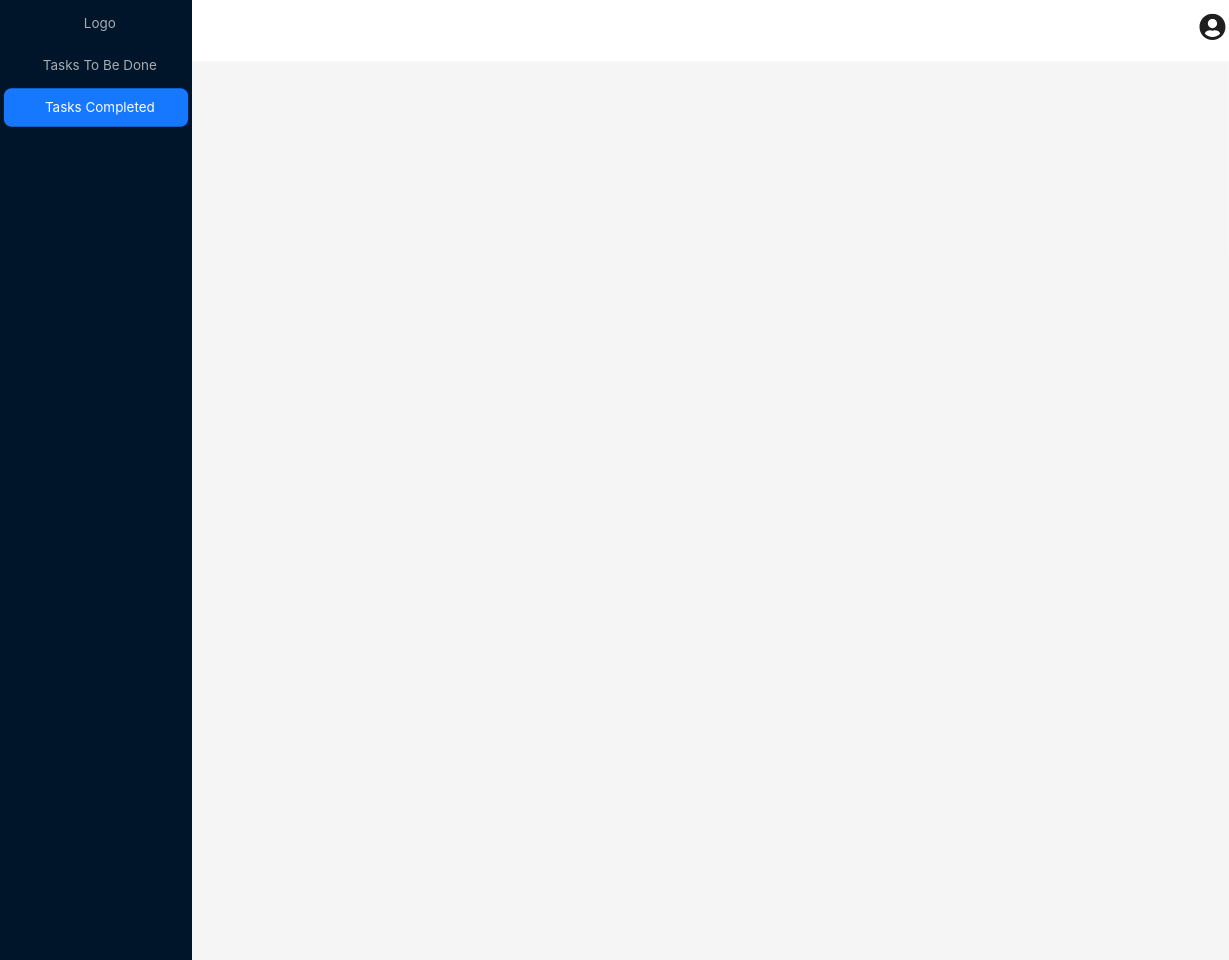
Repository: runner855/todolist_new
Page: /
These files come from the project's save history. The page is drawn as it stood at one moment and after the next save; the edit follows.
The browser window is 1280 px wide. The pictures show the whole page, at 96% of full size.
The project was rebuilt for these pictures with package versions that can differ from the ones it lists, and the page was loaded fresh each time.

Above is the page before, as saved 2023-03-19 17:17:59.

### src/index.tsx
import React from "react";
import ReactDOM from "react-dom/client";
import "./index.css";
import { App } from "./App";
import { BrowserRouter } from "react-router-dom";

const root = ReactDOM.createRoot(
  document.getElementById("root") as HTMLElement
);
root.render(
  <React.StrictMode>
    <BrowserRouter>
    <App />
    </BrowserRouter>
  </React.StrictMode>
);

### src/App.tsx
import React from 'react';
import './App.css';
import { NavBar } from './components/NavBar/NavBar';

export const App = () =>{
  return (
    <div className="App">
      <NavBar/>

    </div>
  );
}

### src/components/NavBar/NavBar.tsx
import React from 'react';

import { Layout, Menu, theme } from 'antd';
import { FaUserCircle } from 'react-icons/fa';
import { PagesArray } from '../../Utilities/Utility'
import "../NavBar/NavBar.css";

const { Header, Content, Footer, Sider } = Layout;

export const NavBar = () => {

  const {
    token: { colorBgContainer },
  } = theme.useToken();

  return (
      <Layout>
      <Sider
        breakpoint="lg"
        collapsedWidth="0"
        style={{height:1000}}
        onBreakpoint={(broken) => {
          console.log(broken);
        }}
        onCollapse={(collapsed, type) => {
          console.log(collapsed, type);
        }}
      >
        <div className="logo" />
        <Menu
          theme="dark"
          mode="inline"
          defaultSelectedKeys={['2']}
          items={PagesArray && PagesArray.map(
            (item, index) => ({
              key: index,

              label: item.label,
            }),
          )}


        />
      </Sider>
      <Layout>
        <Header style={{ padding: 0, background: colorBgContainer }}>
        <div className='avatar_container'><FaUserCircle/></div>

        </Header>
      </Layout>
    </Layout>
   );
}

### src/Utilities/Utility.tsx
import { TASKS_TO_BE_DONE, TASKS_COMPLETED } from '../Constants/Dictionary';
import { AppUrls } from '../Types/appTypes';
export const PagesArray = [
  {label:"Logo"},
  {label: TASKS_TO_BE_DONE, to: AppUrls.TASKS_TO_BE_DONE},
  {label: TASKS_COMPLETED, to: AppUrls.TASKS_COMPLETED},

]

### src/components/NavBar/NavBar.css
#components-layout-demo-responsive .logo {
  height: 32px;
  margin: 16px;
  background: rgba(255, 255, 255, 0.2);
}

.avatar_container {
  text-align: right;
  font-size: 2em;
  margin-right: 0.1em;
}

### src/Constants/Dictionary.ts
export const TASKS_TO_BE_DONE = "Tasks To Be Done";
export const TASKS_COMPLETED = "Tasks Completed"

### src/Types/appTypes.tsx

export enum AppUrls {
  TASKS_TO_BE_DONE = `/tasks_to_be_done`,
  TASKS_COMPLETED = "/tasks_copleted",

}

export enum LanguageEnum {
  EN = "en",
}

Loaded but not shown: public/index.html (common file); src/index.css (common file); src/App.css (common file)

After the next save:
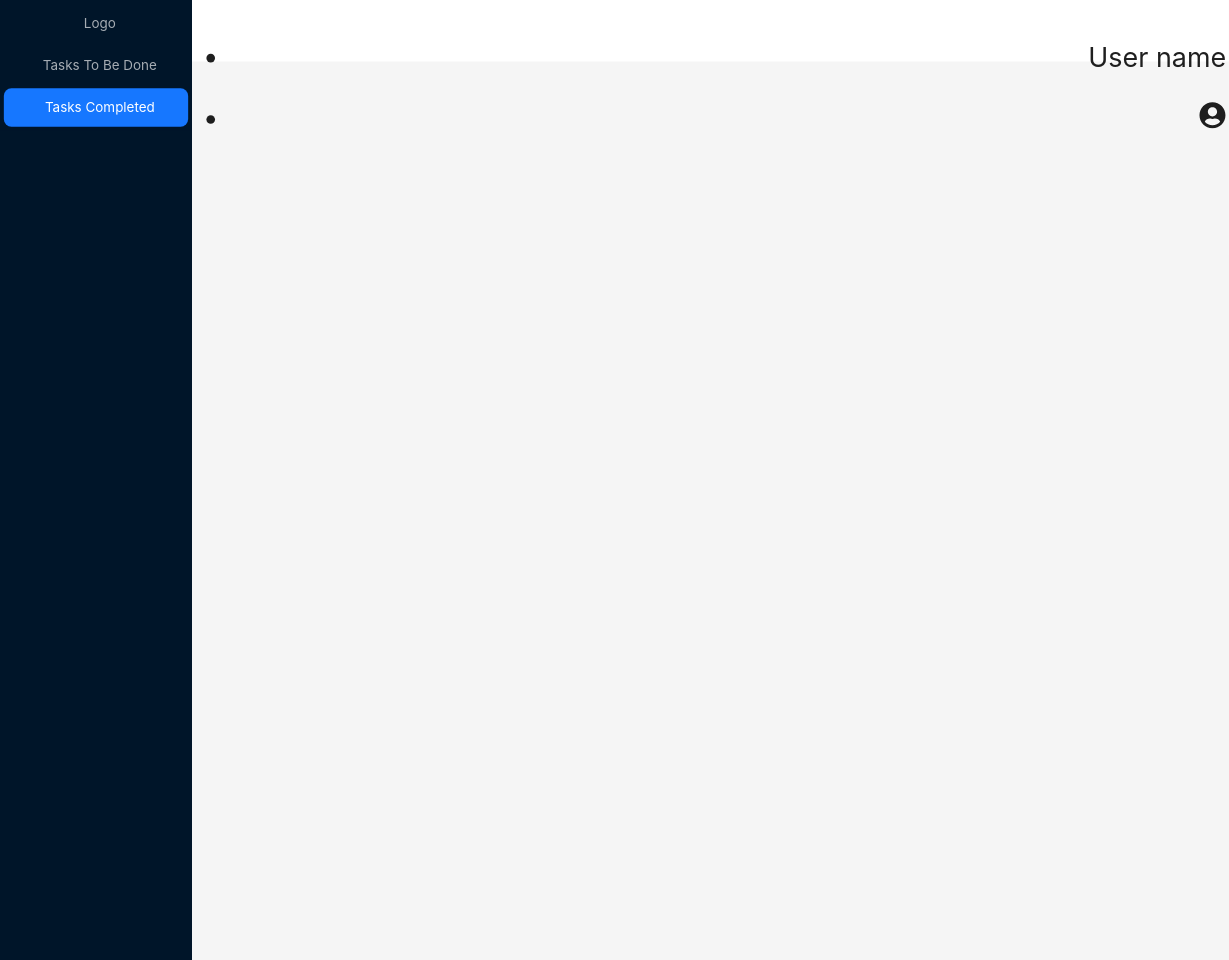
Saved 105 s later.
--- a/src/components/NavBar/NavBar.tsx
+++ b/src/components/NavBar/NavBar.tsx
@@ -44,7 +44,13 @@ export const NavBar = () => {
       </Sider>
       <Layout>
         <Header style={{ padding: 0, background: colorBgContainer }}>
-        <div className='avatar_container'><FaUserCircle/></div>
+        <div className='avatar_container'>
+          <ul>
+            <li>User name</li>
+            <li><FaUserCircle/></li>
+
+          </ul>
+          </div>
 
         </Header>
       </Layout>
